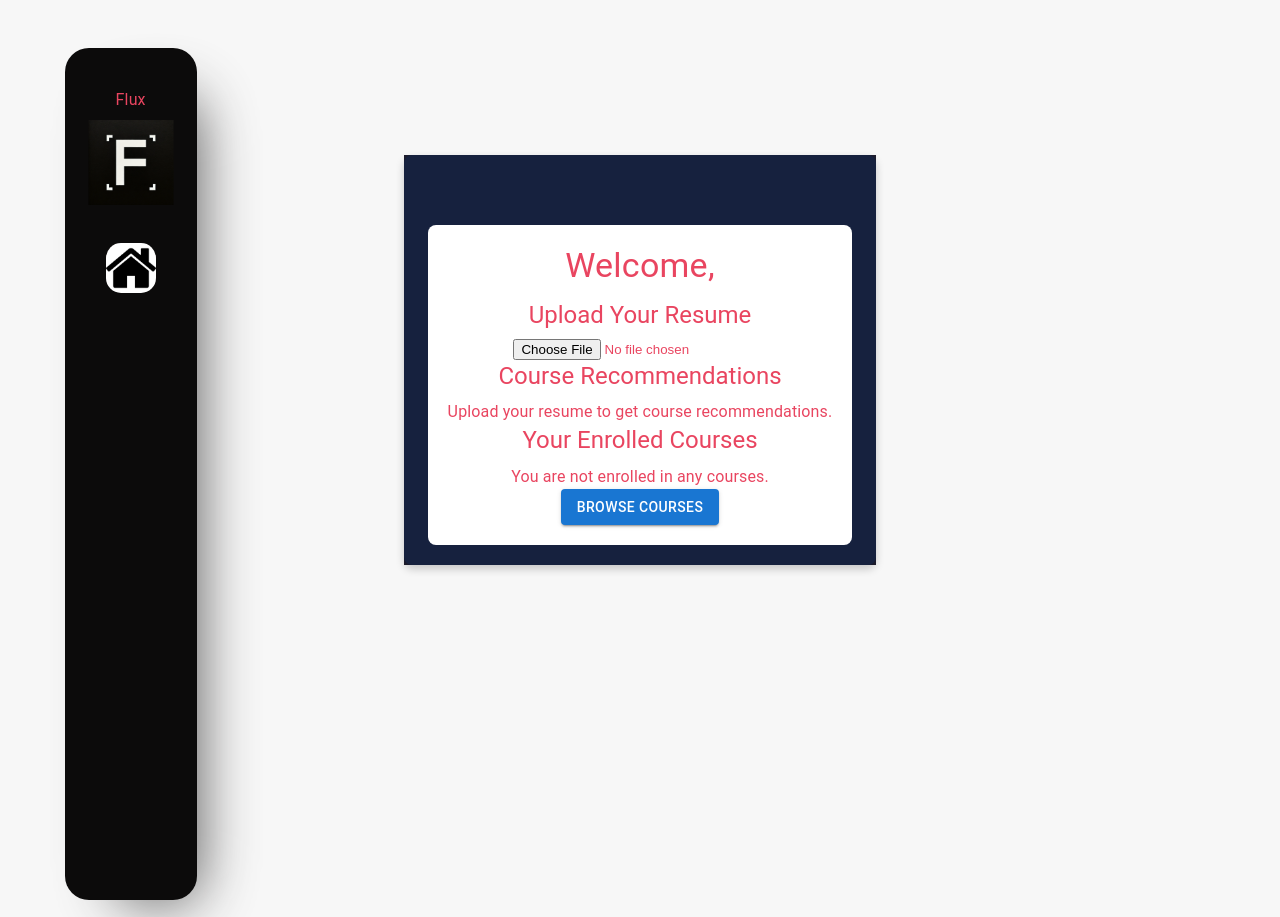
Repository: jvt2/OnlineCourseApp
Page: /dashboard
The author's editor kept a copy of each file at every save. The page is drawn from the files as they stood at one save, then again after the next save.
The browser window is 1280 px wide. The pictures show the whole page.
The page's requests for data from a server got no answer. The project was rebuilt for these pictures with package versions that can differ from the ones it lists, and the page was loaded fresh each time. No one was signed in, and anything a server would have sent is missing. Also part of the build but not shown: src/features/auth/Register.js, src/features/auth/Login.js, src/features/courses/ResumeUpload.js, src/features/courses/CourseRecommendations.js, src/components/common/MyModal.js, src/features/courses/CourseCatalog.js, src/features/courses/CourseDetail.js, src/components/common/Navbar.js and 3 more. Imported but missing from the stored project, and not drawn on this page: src/app/reportWebVitals.

Above is the page before, as saved 2024-07-15 08:59:40.

After the next save:
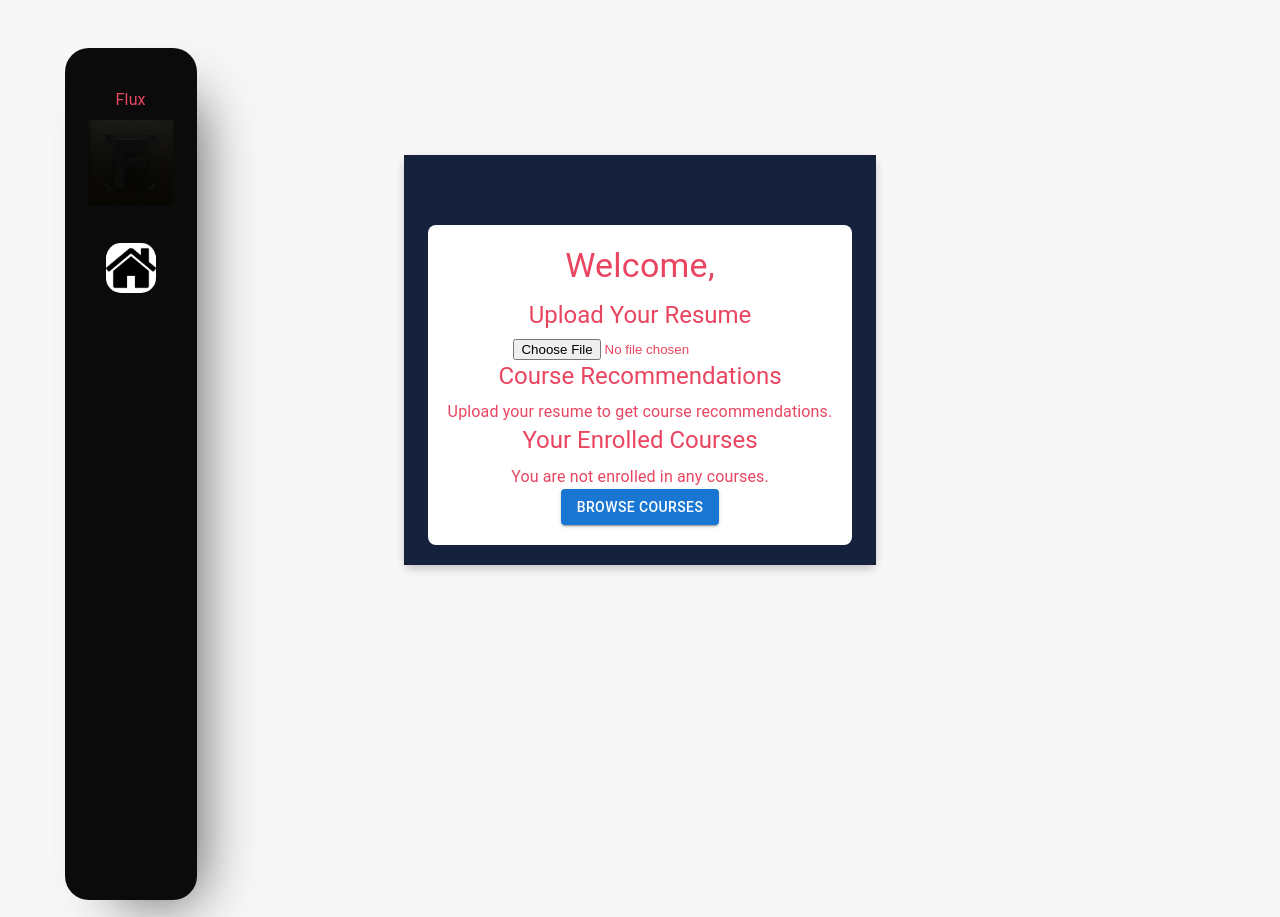
Saved 10 s later.
--- a/src/features/dashboard/Dashboard.css
+++ b/src/features/dashboard/Dashboard.css
@@ -56,7 +56,7 @@
     font-weight: 400;
     font-size: 64px;
     line-height: 102px;
-    background-image: url('/public/assets/F_icon.png');
+    background-image: url('/public/assets/t_F_icon.png');
     background-size: contain;
     background-position: center;
     background-repeat: no-repeat;

After the save that followed:
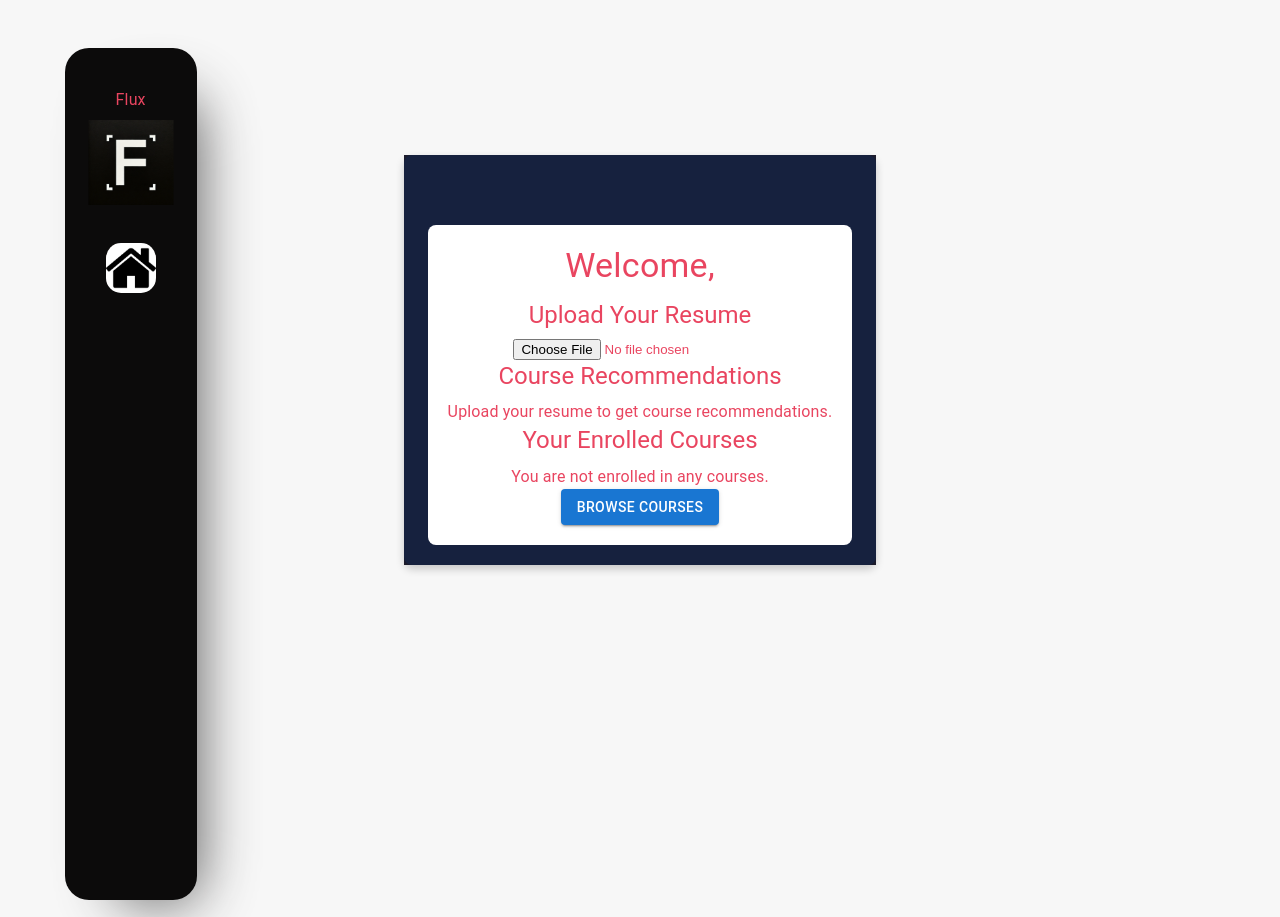
Saved 8 s later.
--- a/src/features/dashboard/Dashboard.css
+++ b/src/features/dashboard/Dashboard.css
@@ -56,7 +56,7 @@
     font-weight: 400;
     font-size: 64px;
     line-height: 102px;
-    background-image: url('/public/assets/t_F_icon.png');
+    background-image: url('/public/assets/F_icon.png');
     background-size: contain;
     background-position: center;
     background-repeat: no-repeat;
